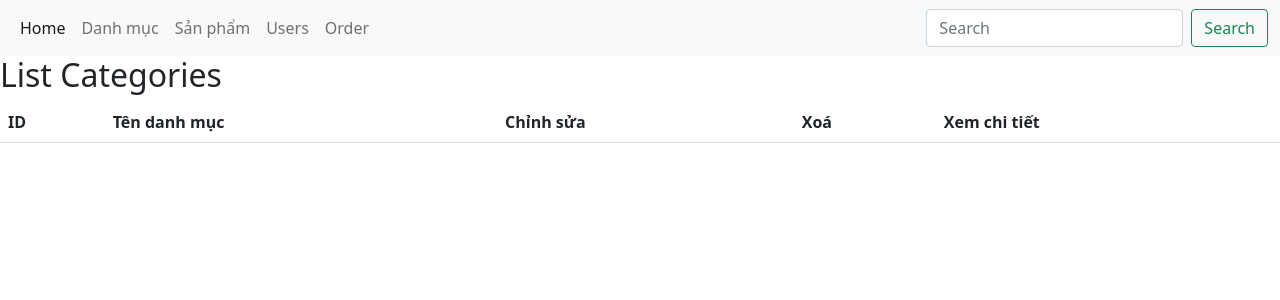
Repository: ThanhNghiadn03/Website-1-JSP-Servlet
Page: http://localhost/new-web-ban-sach/admin-home?action=categories
An editor plug-in stored every save of this project. The page is shown before and after the next save, followed by the edit.
The browser window is 1280 px wide. The pictures show the whole page.
The page is served by Tomcat 9. Other server files are loaded and not shown. Queries for data that is not in the repository find no rows.

Above is the page before, as saved 2023-04-28 15:52:05.

### Project/new-web-ban-sach/src/main/webapp/views/admin/jsp-categories/categories.jsp
<%@ page language="java" contentType="text/html; charset=UTF-8"
	pageEncoding="UTF-8"%>
<%@ taglib uri="http://java.sun.com/jsp/jstl/core" prefix="c"%>
<!DOCTYPE html>
<html>
<head>
<meta charset="UTF-8">
<title>Danh mục</title>
<link
	href="https://cdn.jsdelivr.net/npm/bootstrap@5.0.2/dist/css/bootstrap.min.css"
	rel="stylesheet"
	integrity="sha384-EVSTQN3/azprG1Anm3QDgpJLIm9Nao0Yz1ztcQTwFspd3yD65VohhpuuCOmLASjC"
	crossorigin="anonymous">
</head>
<body>
	<div class="header">
		<nav class="navbar navbar-expand-lg navbar-light bg-light">
			<div class="container-fluid">
				<!-- 				<a class="navbar-brand" href="#"> <img src="logo_casestudy.png"
					width="50px" height="50px">
				</a> -->
				<button class="navbar-toggler" type="button"
					data-bs-toggle="collapse" data-bs-target="#navbarSupportedContent"
					aria-controls="navbarSupportedContent" aria-expanded="false"
					aria-label="Toggle navigation">
					<span class="navbar-toggler-icon"></span>
				</button>
				<div class="collapse navbar-collapse" id="navbarSupportedContent">
					<ul class="navbar-nav me-auto mb-2 mb-lg-0">
						<li class="nav-item"><a class="nav-link active"
							aria-current="page" href=/new-web-ban-sach/admin-home?action=admin>Home</a></li>
						<li class="nav-item"><a class="nav-link"
							href="/new-web-ban-sach/admin-home?action=categories">Danh mục</a></li>
						<li class="nav-item"><a class="nav-link"
							href="/new-web-ban-sach/admin-home?action=products">Sản phẩm</a></li>
						<li class="nav-item"><a class="nav-link"
							href="/new-web-ban-sach/admin-home?action=users">Users</a></li>
						<li class="nav-item"><a class="nav-link"
							href="/new-web-ban-sach/admin-home?action=orders">Order</a></li>
					</ul>
					<form class="d-flex">
						<input class="form-control me-2" type="search"
							placeholder="Search" aria-label="Search">
						<button class="btn btn-outline-success" type="submit">Search</button>
					</form>
				</div>
			</div>
		</nav>
	</div>
	<h2>List Categories</h2>
	<div>
		<table class="table">
			<tr>
				<th>ID</th>
				<th>Tên danh mục</th>
				<th>Chỉnh sửa</th>
				<th>Xoá</th>
				<th>Xem chi tiết</th>
			</tr>
			<c:forEach varStatus="count" var="cate" items="${listCate}">
				<tr>
					<td><c:out value="${cate.idCategory}"></c:out></td>
					<td><c:out value="${cate.nameCategory}"></c:out></td>
					<td><a
						href="/admin-home?action=editCate&idCategory=${cate.idCategory}"
						style="text-decoration: none">Chỉnh sửa</a></td>
					<td><a
						href="/admin-home?action=deleteCate&idCategory=${cate.idCategory}"
						style="text-decoration: none">Xoá</a></td>
					<td>
						<a
						href="/admin-home?action=detailCate&idCategory=${cate.idCategory}"
						style="text-decoration: none">Chi tiết</a>
					</td>
				</tr>
			</c:forEach>
		</table>
	</div>
</body>
</html>

### Project/new-web-ban-sach/src/main/java/controller/AdminController.java
package controller;

import java.io.IOException;
import java.util.ArrayList;
import java.util.List;

import javax.servlet.RequestDispatcher;
import javax.servlet.ServletException;
import javax.servlet.annotation.WebServlet;
import javax.servlet.http.HttpServlet;
import javax.servlet.http.HttpServletRequest;
import javax.servlet.http.HttpServletResponse;

import model.Categories;
import service.Implement.CategoriesServiceImpl;
import service.Interfaces.CRUDCategories;

@WebServlet(urlPatterns = {"/admin-home"})
public class AdminController extends HttpServlet  {
	CRUDCategories cateService = new CategoriesServiceImpl();
	/**
	 *
	 */
	private static final long serialVersionUID = 1L;

	protected void doGet(HttpServletRequest request, HttpServletResponse response) throws ServletException, IOException{
		String action = request.getParameter("action");
		if(action == null) {
			action = "admin";
		}
		if(action.equals("categories")) {
			showCategories(request, response);
		} else {
			showAdmin(request, response);
		}
	}

	protected void doPost(HttpServletRequest request, HttpServletResponse response) throws ServletException, IOException {

	}

	private void showCategories(HttpServletRequest request, HttpServletResponse response) {
		List<Categories> listCate = new ArrayList<Categories>();
		listCate = cateService.findAll();
		request.setAttribute("listCate", listCate);
		try {
			request.getRequestDispatcher("/views/admin/jsp-categories/categories.jsp").forward(request, response);
		} catch (ServletException e) {
			// TODO Auto-generated catch block
			System.out.println("Servlet Exception");
		} catch (IOException e) {
			// TODO Auto-generated catch block
			System.out.println("IOException");
		}
	}

	private void showAdmin(HttpServletRequest request, HttpServletResponse response) {
		try {
			request.getRequestDispatcher("/views/admin/admin.jsp").forward(request, response);
		} catch (ServletException e) {
			// TODO Auto-generated catch block
			System.out.println("Servlet Exception");
		} catch (IOException e) {
			// TODO Auto-generated catch block
			System.out.println("IOException");
		}
	}
}

### Project/new-web-ban-sach/src/main/java/service/Implement/CategoriesServiceImpl.java
package service.Implement;

import java.util.List;

import model.Categories;
import repository.Implement.CategoriesRepoImpl;
import repository.Interface.CRUDCategoriesRepo;
import service.Interfaces.CRUDCategories;

public class CategoriesServiceImpl implements CRUDCategories {

	CRUDCategoriesRepo cateRepo = new CategoriesRepoImpl();

	public List<Categories> findAll() {
		// TODO Auto-generated method stub
		return cateRepo.findAll();
	}

	public void insert(Categories t) {
		// TODO Auto-generated method stub
	}

	public void deleteById(int id) {
		// TODO Auto-generated method stub

	}

	public void edit(Categories t) {
		// TODO Auto-generated method stub

	}

	public Categories findCategories(int id) {
		// TODO Auto-generated method stub
		return null;
	}

}

### Project/new-web-ban-sach/src/main/java/repository/Interface/CRUDRepository.java
package repository.Interface;

import java.util.List;

public interface CRUDRepository <T>{
	List<T> findAll();
	void insert(T t);
	void deleteById(int id);
	void edit(T t);
}

### Project/new-web-ban-sach/src/main/java/repository/Interface/CRUDCategoriesRepo.java
package repository.Interface;

import model.Categories;

public interface CRUDCategoriesRepo extends CRUDRepository<Categories>{
	Categories findCategories(int id);
}

### Project/new-web-ban-sach/src/main/java/repository/Implement/CategoriesRepoImpl.java
package repository.Implement;

import java.sql.Connection;
import java.sql.PreparedStatement;
import java.sql.ResultSet;
import java.sql.SQLException;
import java.util.ArrayList;
import java.util.List;

import model.Categories;
import repository.Interface.CRUDCategoriesRepo;
import utils.ConnectionUtils;
import utils.ConstantCategries;

public class CategoriesRepoImpl implements CRUDCategoriesRepo{

	public List<Categories> findAll() {
		// TODO Auto-generated method stub
		List<Categories> listCate = new ArrayList<Categories>();
		Connection connection = ConnectionUtils.getConnection();
		try {
			PreparedStatement preState = connection.prepareStatement(ConstantCategries.SELECT_ALL_CATEGORIES);
			ResultSet rs = preState.executeQuery();
			while(rs.next()) {
				int id = rs.getInt("id");
				String name = rs.getString("nameCategory");
				Categories cate = new Categories(id,name);
				listCate.add(cate);
			}
		} catch (SQLException e) {
			// TODO Auto-generated catch block
			e.printStackTrace();
			System.out.println("SQLException");
		}
		return listCate;
	}

	public void insert(Categories t) {
		// TODO Auto-generated method stub

	}

	public void deleteById(int id) {
		// TODO Auto-generated method stub

	}

	public void edit(Categories t) {
		// TODO Auto-generated method stub

	}

	public Categories findCategories(int id) {
		// TODO Auto-generated method stub
		return null;
	}

}

### Project/new-web-ban-sach/src/main/java/utils/ConnectionUtils.java
package utils;

import java.sql.Connection;
import java.sql.SQLException;
import java.sql.DriverManager;

public class ConnectionUtils {
	private static String jdbcURL = "jdbc:mysql://localhost:3306/trangwebbanhang?useSSL=false";
	private static String userName = "root";
	private static String password = "123456";
	public static Connection getConnection() {
		Connection connection = null;
			try {
				Class.forName("com.mysql.cj.jdbc.Driver");
			} catch (ClassNotFoundException e1) {
				// TODO Auto-generated catch block
				e1.printStackTrace();
				System.out.println("Class not found");
			}
			try {
				connection = DriverManager.getConnection(jdbcURL,userName, password);
			} catch (SQLException e) {
				// TODO Auto-generated catch block
				e.printStackTrace();
				System.out.println("SQLException");
			}
			System.out.println("Ket noi thanh cong");
		return connection;
	}

	public static void main(String[] args) {
		getConnection();
	}


}

After the next save:
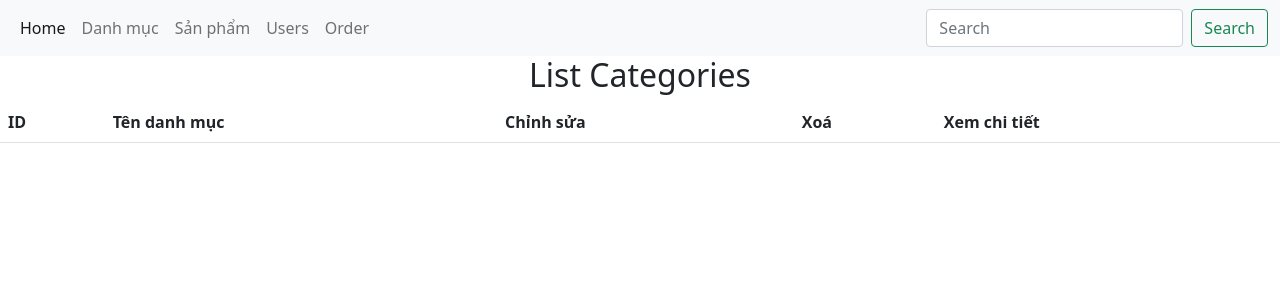
Saved 3 min 18 s later.
--- a/Project/new-web-ban-sach/src/main/webapp/views/admin/jsp-categories/categories.jsp
+++ b/Project/new-web-ban-sach/src/main/webapp/views/admin/jsp-categories/categories.jsp
@@ -47,7 +47,9 @@
 			</div>
 		</nav>
 	</div>
-	<h2>List Categories</h2>
+	<center>
+			<h2 >List Categories</h2>
+	</center>
 	<div>
 		<table class="table">
 			<tr>
